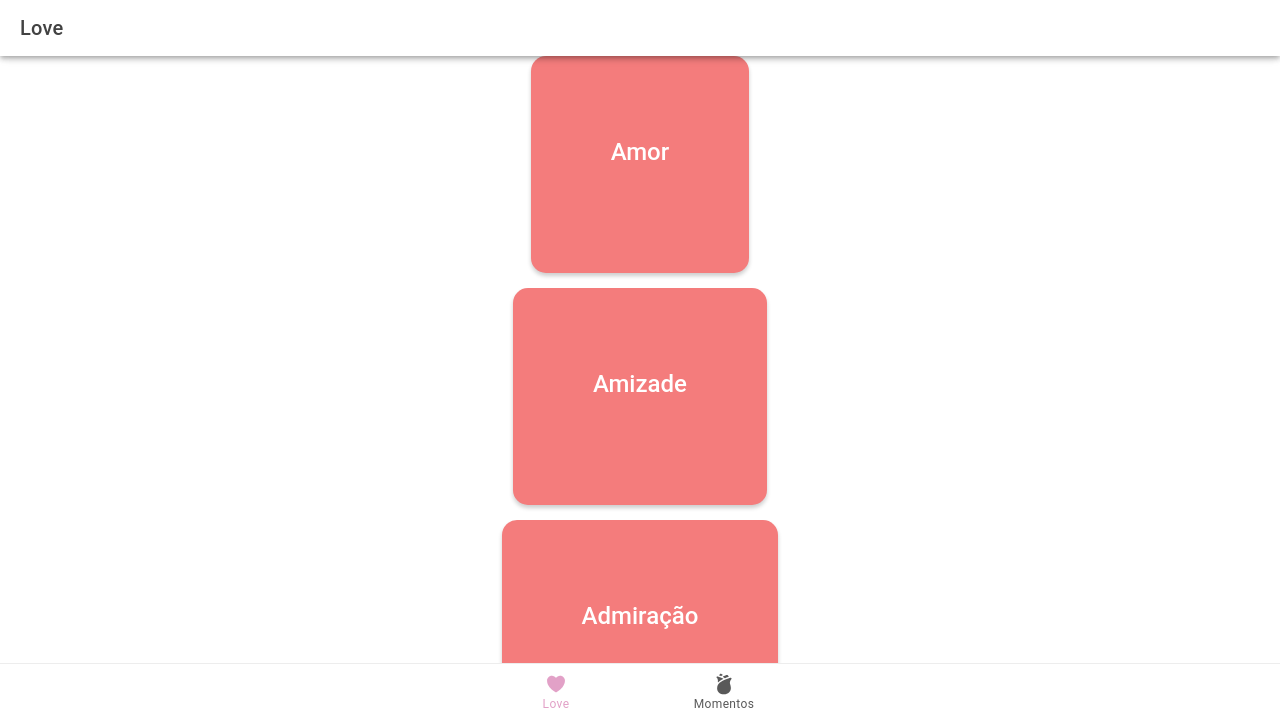
Repository: mateus-henrique-silva/lorrayne-app
Page: /
These files come from the project's save history. The page is drawn as it stood at one moment and after a run of saves; the edit follows.
The browser window is 1280 px wide. The pictures show the whole page.
The project was rebuilt for these pictures with package versions that can differ from the ones it lists, and the page was loaded fresh each time. Also part of the build but not shown: src/pages/Tab2.tsx, src/components/ExploreContainer.css, src/components/ExploreContainer.tsx, src/pages/Tab3.tsx.

Above is the page before, as saved 2022-07-05 14:44:59.

After the next 2 saves:
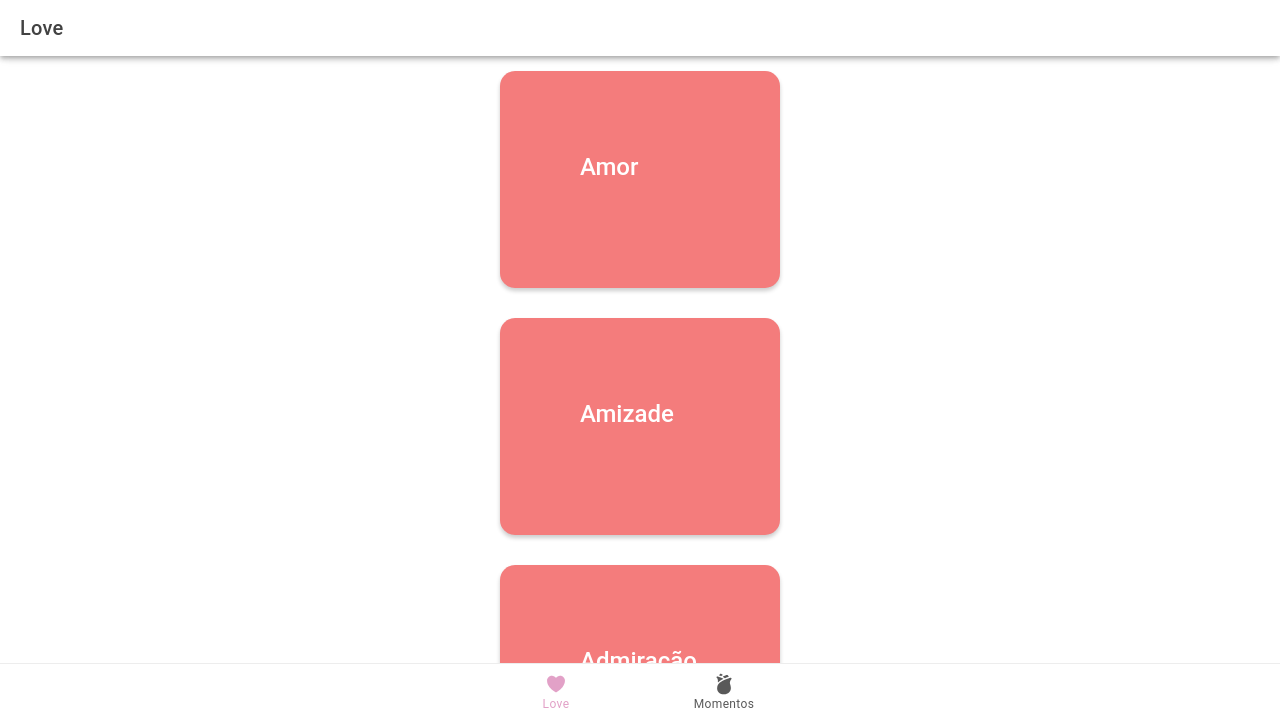
The 2 saves are shown as one change because they came seconds apart.
The last was saved 6 s later.
--- a/src/components/BoxComponents.css
+++ b/src/components/BoxComponents.css
@@ -15,7 +15,7 @@
 .BoxPrincipal{
     padding: 4rem 5rem 6rem;
     display:block;
-   min
+   min-width:280px;
     margin-top:15px;
     border-radius:15px;
     justify-content:center;
